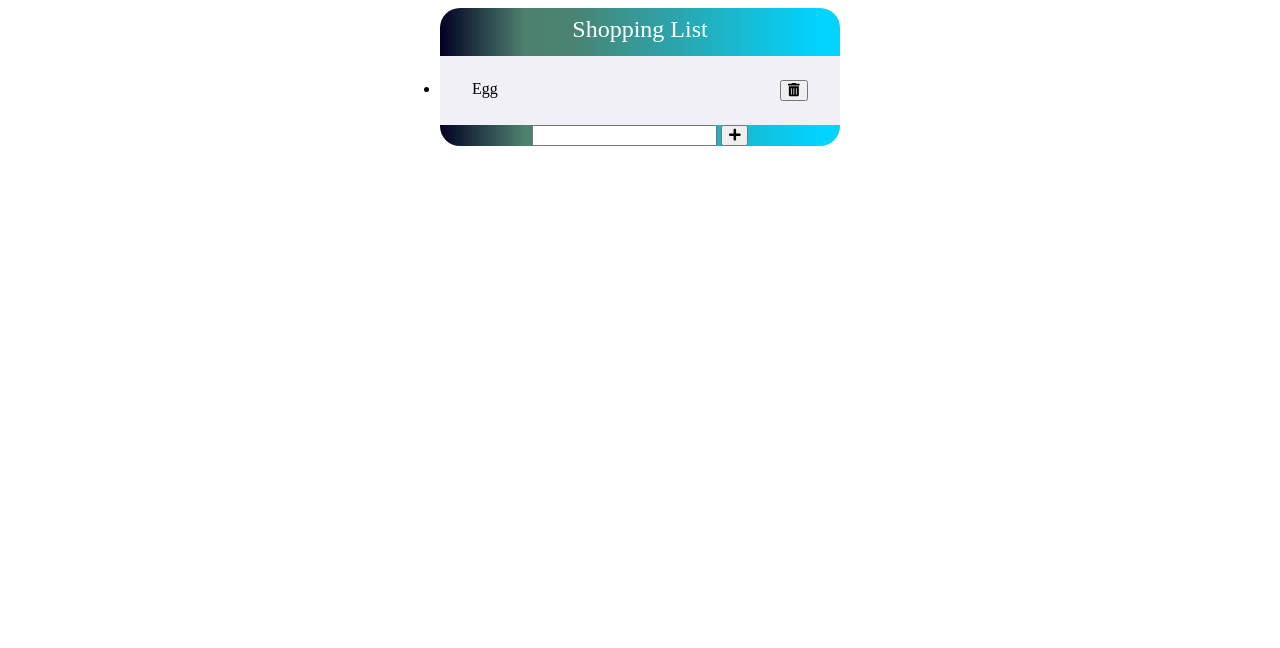
Repository: woojinShim/Browser-Study
Page: shopping/index.html
The author's editor kept a copy of each file at every save. The page is drawn from the files as they stood at one save, then again after the next save.
The browser window is 1280 px wide. The pictures show the whole page.

Above is the page before, as saved 2022-02-06 21:09:31.

After the next save:
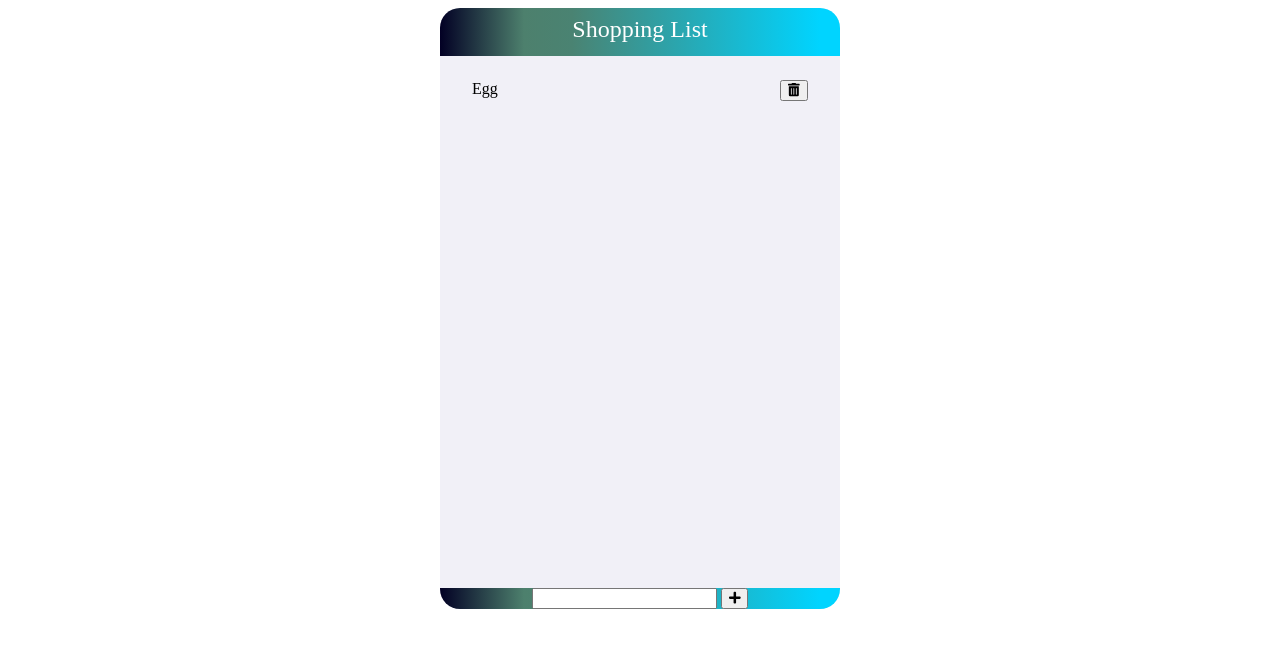
Saved 36 s later.
--- a/shopping/style.css
+++ b/shopping/style.css
@@ -34,7 +34,7 @@ body {
   color: white;
 }
 
-items {
+.items {
   height: 500px;
   overflow-y: auto;
 }
